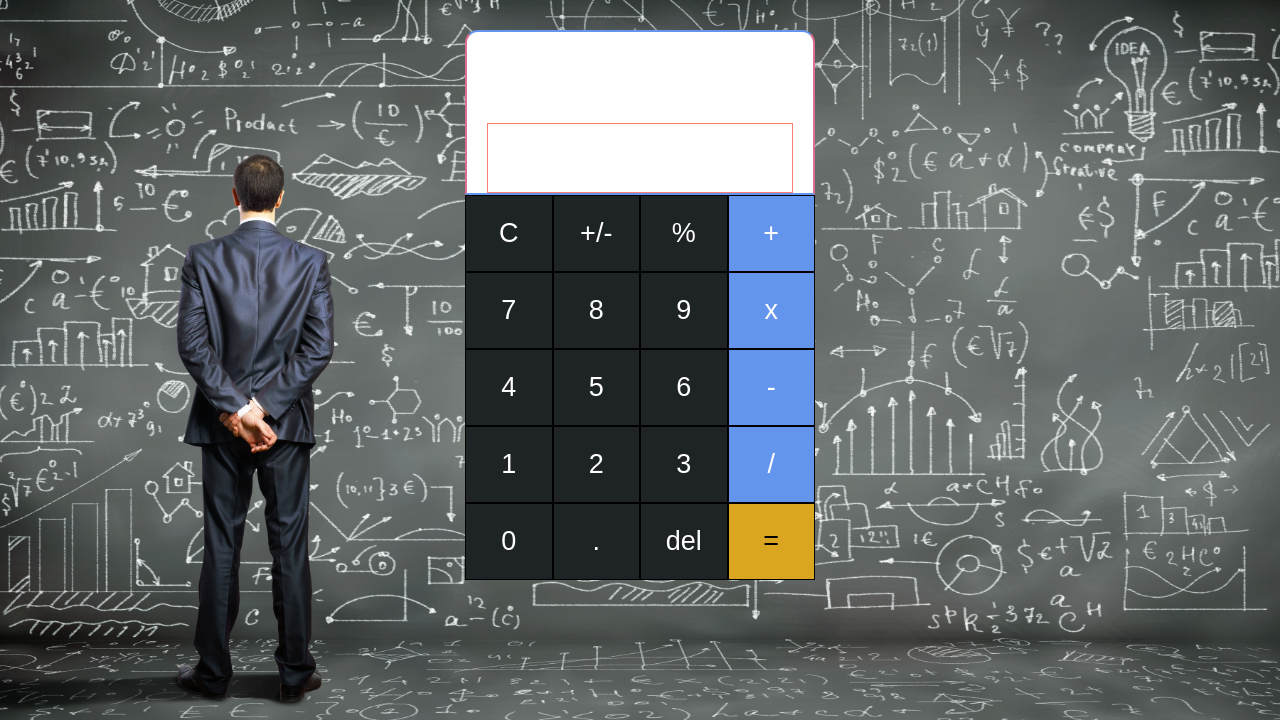
Repository: OfirLana/Calculator
Page: index.html
An editor plug-in stored every save of this project. The page is shown before and after the next save, followed by the edit.
The browser window is 1280 px wide. The pictures show the whole page.

Above is the page before, as saved 2019-03-16 20:04:43.

### index.html
<!DOCTYPE html>
<html lang="en">

<head>
    <meta charset="UTF-8">
    <meta name="viewport" content="width=device-width, initial-scale=1.0">
    <meta http-equiv="X-UA-Compatible" content="ie=edge">
    <link href="https://fonts.googleapis.com/css?family=Lato:100,300,400,700,900" rel="stylesheet">
    <title>Document</title>
    <link rel="stylesheet" href="style.css">
</head>

<body>
    <div class="calculator">
        <div class="output_box">
            <div class="display__op"></div>
            <div class="sub_output"></div>
        </div>


        <div class="opeartor_box">
            <button class="btn dlt">C</button>
            <button class="btn">+/-</button>
            <button class="btn ">%</button>
            <button class="btn op">+</button>
            <button class="btn">7</button>
            <button class="btn">8</button>
            <button class="btn">9</button>
            <button class="btn op">x</button>
            <button class="btn">4</button>
            <button class="btn">5</button>
            <button class="btn">6</button>
            <button class="btn op">-</button>
            <button class="btn">1</button>
            <button class="btn">2</button>
            <button class="btn">3</button>
            <button class="btn op">/</button>
            <button class="btn">0</button>
            <button class="btn">.</button>
            <button class="btn">del</button>
            <button class="btn sum">=</button>


        </div>








    </div>
    <script src="index.js"></script>
</body>

</html>

### style.css
* {
    margin: 0;
    padding: 0;
    box-sizing: border-box;
}

html {
    font-size: 62.5%;
}

body {
    font-family: "Lato", sans-serif;
    font-size: 1.6rem;
    color: #777;
    padding: 3rem;
    /* background: cadetblue; */
    background:url(img/math2.jpg);
    background-size: cover;

}

.calculator {
    display: flex;
    flex-direction: column;
    margin: 0 auto;
    width: 35rem;
    height: 55rem;
    /* border: 1px solid red; */
    border-radius: 5px;
}

.output_box {
    display: flex;
    flex-direction: column;
    flex-basis: 30%;
    border: 2px solid cornflowerblue;
    border-radius: 13px 13px 0px 0px;
    border-right: 2px solid palevioletred;
    border-left: 2px solid palevioletred;
    width: 100%;
    justify-content: space-between;
    padding:0px 20px;
    background:white;
    color:black;
    font-size:19px;
}

.main_output {
    display: flex;
    border: 1px solid blue;
    height: 6rem;
    justify-content: center;
    align-items:center;
    /* background:blue; */
  /* border:1px solid tomato; */
    width:100%;
    /* background:blue; */
    text-align:end;
    overflow: hidden;
}






.sub_output {
    display: flex;
    border: 1px solid salmon;
    height: 7rem;
    /* background:red; */
    display:flex;
    justify-content: center;
    align-items: center;
    overflow: hidden;
    /* background:tomato; */
}

.opeartor_box{
    display:flex;
    /* flex-direction: column; */
    flex-wrap:wrap;
    width:100%;
    /* border:5px solid purple; */
    flex-basis:70%;
}

.btn{
    width:25%;
    height:20%;
    background:#1E2326;
    border: 1px solid black;
    color:white;
    font-size:27px;
    font-weight:100;
    cursor: pointer;
}

.btn:active{
    background:blue;
    border:1px solid black;
}
.btn:hover{
    opacity:0.8;
}
.op {
    background:cornflowerblue;
}

.sum{
    background:goldenrod;
    color:black;
}

Loaded but not shown: index.js (no copy from this time; the picture is the same without it)

After the next save:
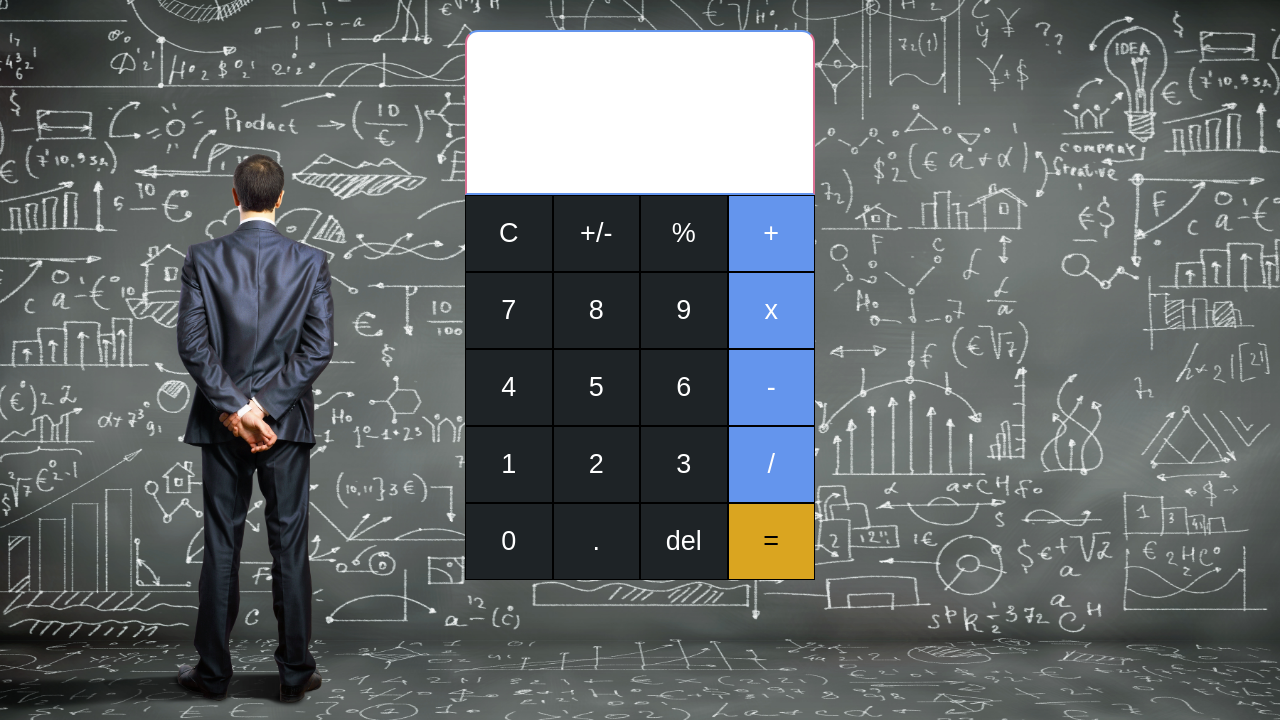
Saved 4 s later.
--- a/index.html
+++ b/index.html
@@ -14,7 +14,7 @@
     <div class="calculator">
         <div class="output_box">
             <div class="display__op"></div>
-            <div class="sub_output"></div>
+            <div class="display__result"></div>
         </div>
 
 
